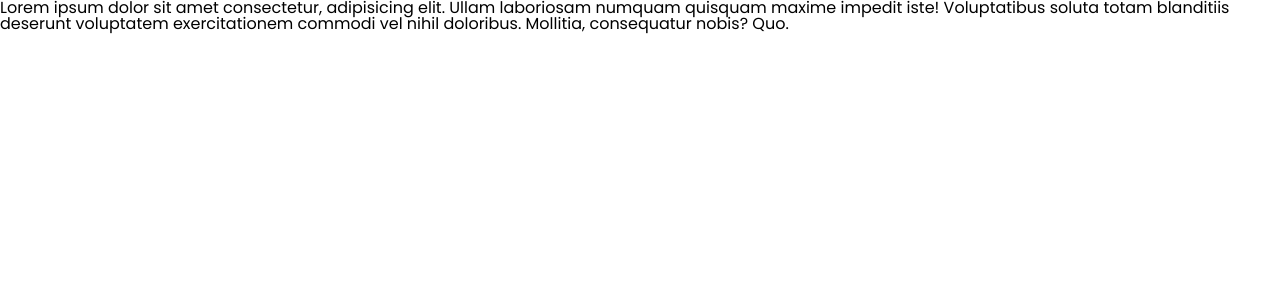
Repository: evondev/html-css-basic-course
Page: index.html
The author's editor kept a copy of each file at every save. The page is drawn from the files as they stood at one save, then again after the next save.
The browser window is 1280 px wide. The pictures show the whole page.
Some web libraries are served in a nearby version. The style sheet was rebuilt from its Sass, Less or Tailwind sources for each picture, by a compiler version that may differ from the author's.

Above is the page before, as saved 2020-12-27 11:32:04.

After the next save:
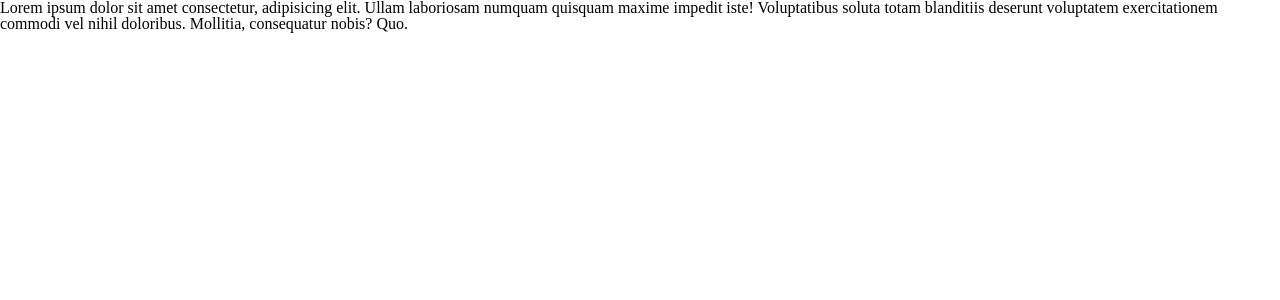
Saved 2 min 45 s later.
--- a/app.scss
+++ b/app.scss
@@ -29,12 +29,3 @@ img {
   display: block;
   max-width: 100%;
 }
-* {
-  font-family: "Poppins", sans-serif !important;
-}
-html {
-  font-family: "Poppins", sans-serif !important;
-}
-.text {
-  font-family: Arial, Helvetica, sans-serif;
-}
